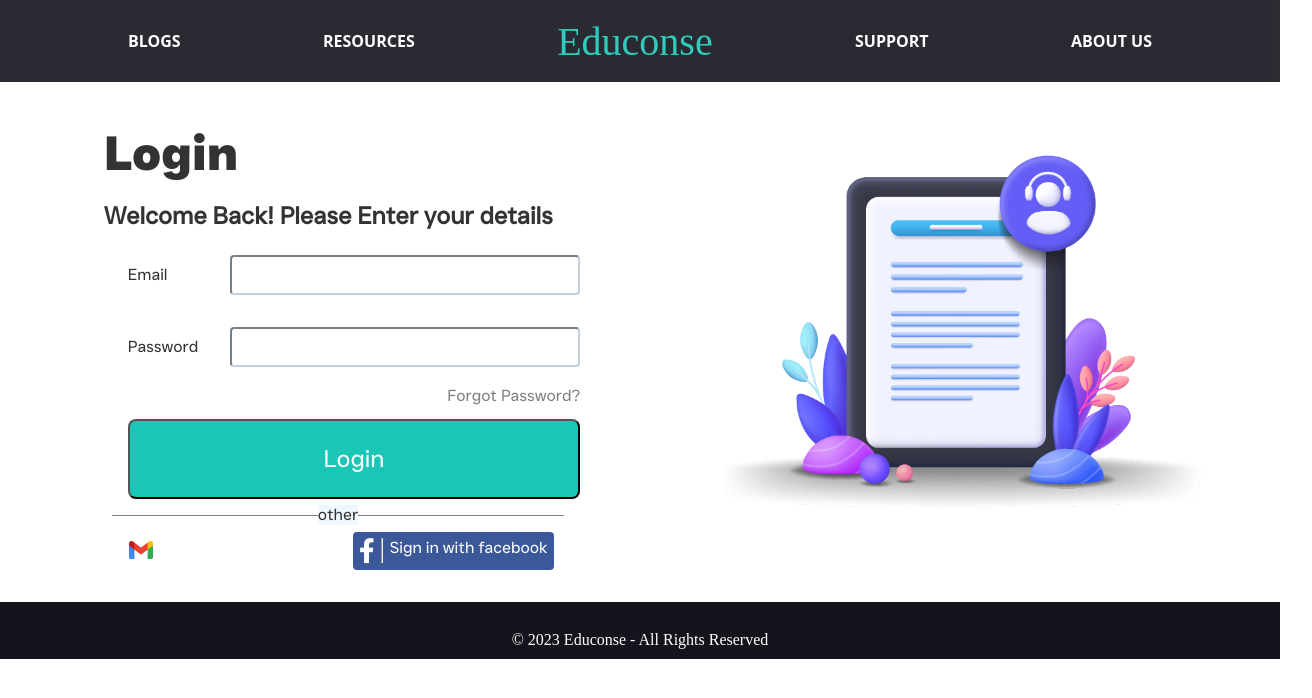
Repository: devajay07/educonse
Page: pages/login.html
These files come from the project's save history. The page is drawn as it stood at one moment and after a run of saves; the edit follows.
The browser window is 1280 px wide. The page is 1312 px wide, so the pictures cover 1312 px, including what lies to the right of the window. The pictures show the whole page.

Above is the page before, as saved 2023-10-15 03:18:45.

After the next 2 saves:
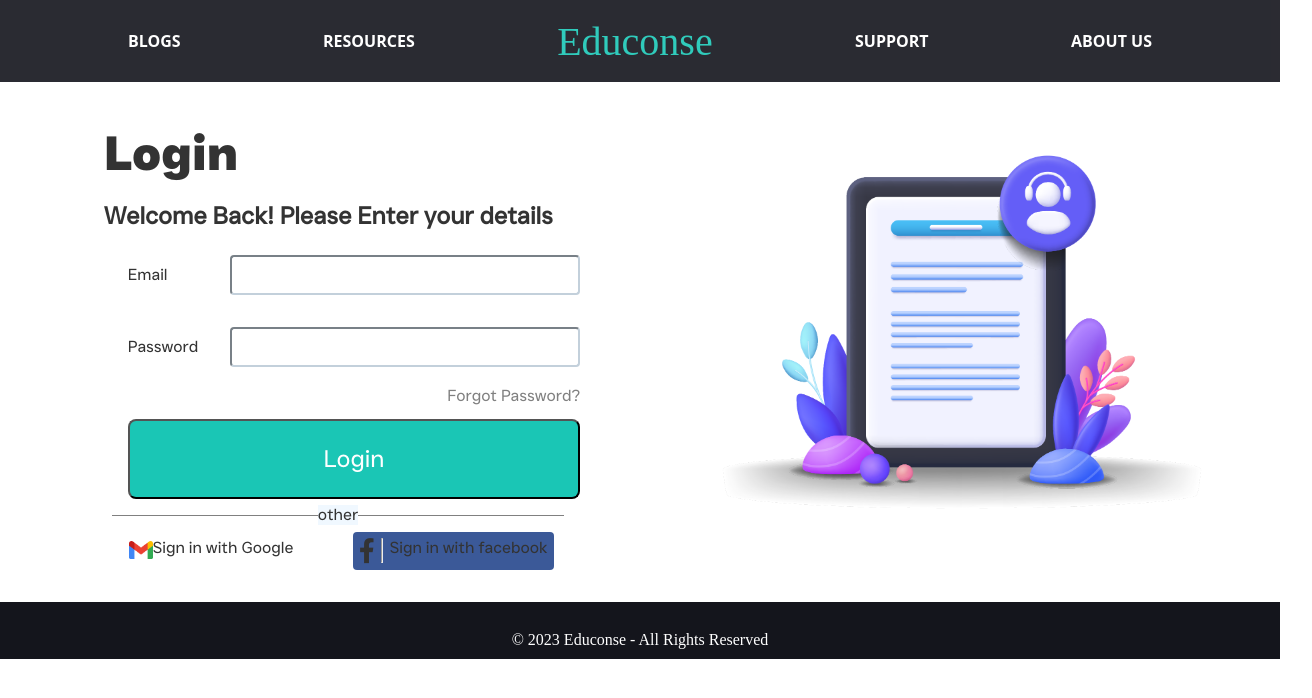
The 2 saves are shown as one change because they came seconds apart.
The last was saved 14 s later.
--- a/css/login.css
+++ b/css/login.css
@@ -109,6 +109,7 @@ input[type=password]{
 .other-methods>div{
   display: flex;
   justify-content: space-around;
+  align-items
   color:white;
   padding: 0.4rem;
   border-radius:4px;
